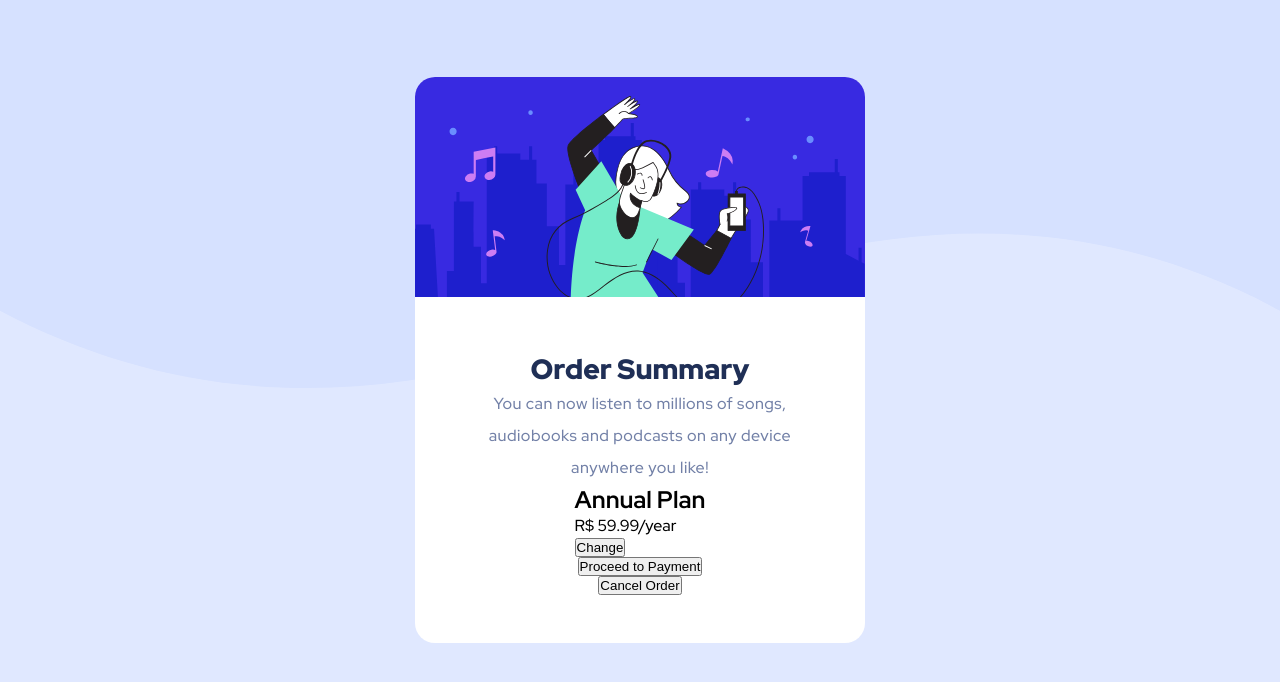
Repository: gccavalheiro/order-summary-card
Page: index.html
These files come from the project's save history. The page is drawn as it stood at one moment and after the next save; the edit follows.
The browser window is 1280 px wide. The pictures show the whole page.

Above is the page before, as saved 2021-12-17 02:09:27.

### index.html
<!DOCTYPE html>
<html lang="en">

<head>
  <meta charset="UTF-8" />
  <meta http-equiv="X-UA-Compatible" content="IE=edge" />
  <meta name="viewport" content="width=device-width, initial-scale=1.0" />
  <link rel="preconnect" href="https://fonts.googleapis.com">
  <link rel="preconnect" href="https://fonts.gstatic.com" crossorigin>
  <link href="https://fonts.googleapis.com/css2?family=Red+Hat+Display:wght@500;700;900&display=swap" rel="stylesheet">
  <link rel="icon" type="image/png" sizes="32x32" href="./images/favicon-32x32.png" />
  <title>Frontend Mentor | Order summary card</title>
  <link rel="stylesheet" href="./assets/css/main.css" />
</head>

<body>
  <main>
    <div class="card">
      <div class="card-header">
        <img src="./assets/images/illustration-hero.svg" alt="Illustration Woman">
      </div>
      <div class="card-body">
        <div class="card-info">
          <h1>Order Summary</h1>
          <p>You can now listen to millions of songs,
            audiobooks and podcasts on any device
            anywhere you like! </p>
        </div>
        <div class="card-plan">
          <div class="card-plan-detail">
            <div class="card-plan-icon-detail"></div>
            <div class="card-plan-info-detail">
              <h2>Annual Plan</h2>
              <p>R$ 59.99/year</p>
            </div>
          </div>
          <button class="card-plan-button">Change</button>
        </div>
        <button class="card-button-payment">Proceed to Payment</button>
        <button class="card-button-cancel">Cancel Order</button>
      </div>
    </div>
  </main>
</body>

</html>

### assets/css/main.css
:root {
  --primary-pale-blue: hsl(225, 100%, 94%);
  --secondary-bright-blue: hsl(245, 75%, 52%);
  --very-pale-blue:hsl(225, 100%, 98%);
  --desaturated-blue: hsl(224, 23%, 55%);
  --dark-blue: hsl(223, 47%, 23%);
  --variant-blue: hsl(245, 83%, 68%);
  --white: hsl(0, 0%, 100%);
}

* {
  margin: 0;
  padding: 0;
  outline: 0;
  box-sizing: border-box;
  text-rendering: optimizeLegibility;
  -webkit-font-smoothing: antialiased;
  -moz-osx-font-smoothing: grayscale;
}


body {
  font-family: 'Red Hat Display', sans-serif;
  font-size: 1rem;
  background-color: var(--primary-pale-blue);
  background-image: url('../images/pattern-background-desktop.svg');
  background-repeat: no-repeat;
  background-position: top center;
  background-size: contain;
}

img {
  width: 100%;
}

main {
  display: flex;
  align-items: center;
  justify-content: center;
  width: 100%;
  height: 100vh;
}

.card {
  display: flex;
  flex-direction: column;
  width: 100%;
  max-width: 450px;
  border-radius: 20px;
  background-color: var(--white);
}

.card-header {
  width: 100%;
  border-top-left-radius: 20px;
  border-top-right-radius: 20px;
  overflow: hidden;
}

.card-body {
  display: flex;
  flex-direction: column;
  align-items: center;
  padding: 48px;
}

.card-info {
  display: flex;
  flex-direction: column;
  align-items: center;
  text-align: center;
}

.card-info h1{
  font-size: 1.75rem;
  color: var(--dark-blue);
  font-weight: 900;
}

.card-info p{
  font-size: 1rem;
  color: var(--desaturated-blue);
  font-weight: 500;
  letter-spacing: 0.03em;
  line-height: 2;
}



.card-plan{}
.card-plan-detail{}
.card-plan-icon-detail{}
.card-plan-info-detail{}
.card-plan-button{}
.card-button-payment{}
.card-button-cancel{}

After the next save:
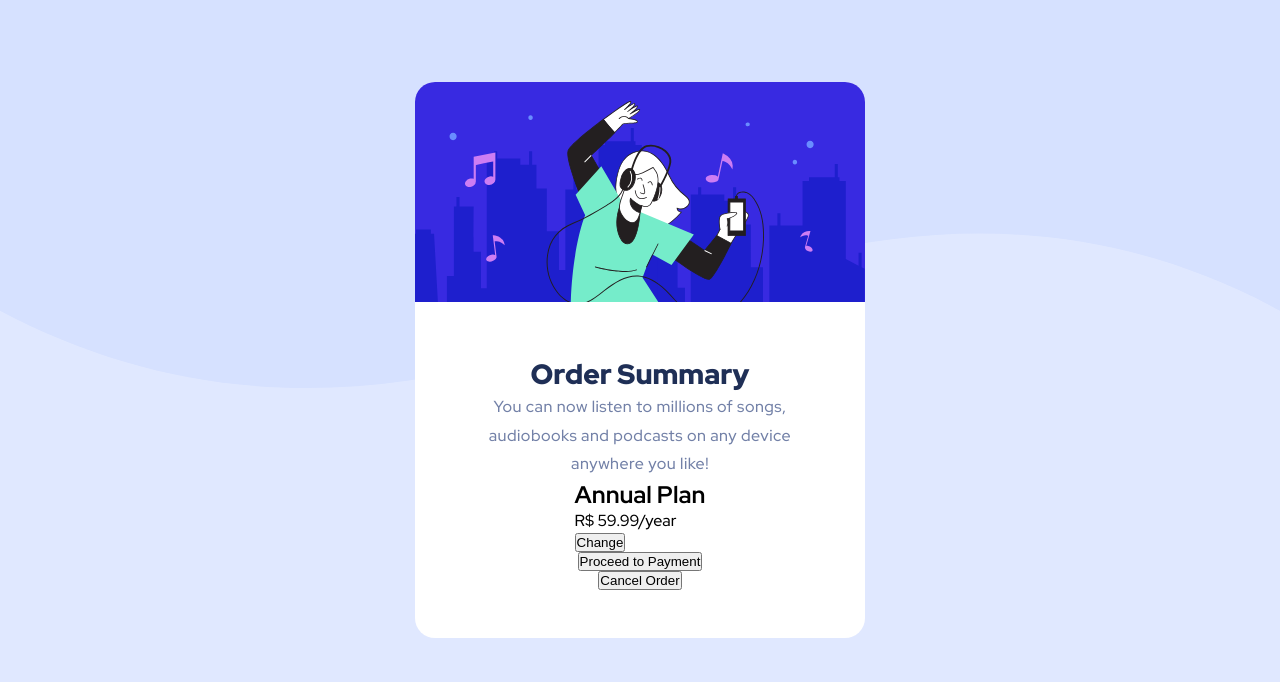
Saved 11 s later.
--- a/assets/css/main.css
+++ b/assets/css/main.css
@@ -82,7 +82,7 @@ main {
   color: var(--desaturated-blue);
   font-weight: 500;
   letter-spacing: 0.03em;
-  line-height: 2;
+  line-height: 1.8;
 }
 
 
